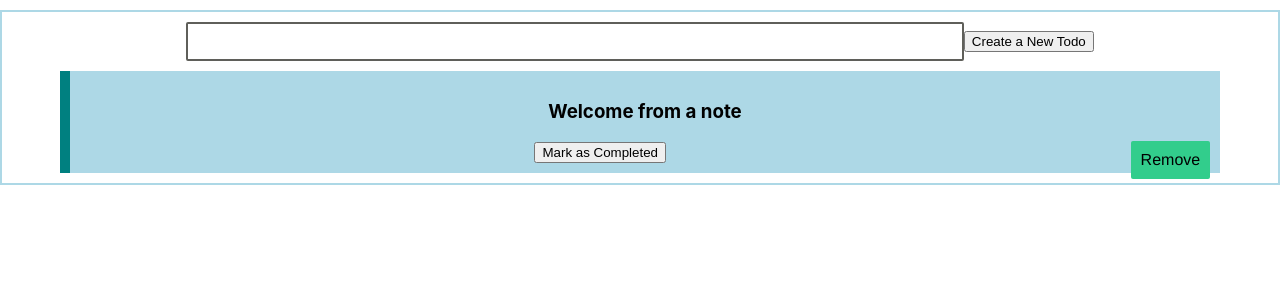
Repository: CaptainStorm21/react-ecosystem-course
Page: /
An editor plug-in stored every save of this project. The page is shown before and after the next save, followed by the edit.
The browser window is 1280 px wide. The pictures show the whole page.
The project was rebuilt for these pictures with package versions that can differ from the ones it lists, and the page was loaded fresh each time.

Above is the page before, as saved 2020-05-30 17:50:42.

### src/App.js
import React from 'react';
import './App.css';
import TodoList from './todos/TodoList'

function App() {
  return (
    <div className="App">
      <TodoList/>
    </div>
  );
}

export default App;

### src/todos/TodoList.js
import React from 'react';
import NewTodoForm from './NewTodoForm';
import TodoListItem from './TodoListItem';
import './TodoList.css';


const TodoList = ({ todos = [{ text: "Welcome from a note" }] }) => (
    <div className="list-wrapper">
        <NewTodoForm/>
        {todos.map(todo => <TodoListItem todo={todo} />)}
    </div>
)

export default TodoList;

### src/todos/NewTodoForm.js
import React, { useState } from 'react';
import './NewTodoForm.css';

const NewTodoForm = () => {
    const [inputValue, setInputValue] = useState(' ');
   return (
        <div className="new-todo-form">
           <input className="new-todo-input"
               type="text"
               value={inputValue}
               onChange = { e => setInputValue (e.target.value)}
           />
            <button className="newTodo">Create a New Todo</button>
        </div>
    );
};
export default NewTodoForm;

### src/todos/TodoListItem.js
import React from "react";

const TodoListItem = ({ todo }) => (
  <div className="todo-item-container">
    <h3>{todo.text}</h3>
    <div className="button -container">
      <button className="completed-button"> Mark as Completed</button>
      <button className="remove-button"> Remove</button>
    </div>
  </div>
);

export default TodoListItem;

### src/todos/TodoList.css
.list-wrapper{
    border: 2px solid lightblue;
    padding: 10px;
    margin-top: 10px;
}

### src/todos/NewTodoForm.css
.todo-item-container {
  width: 90%;
  margin: 0 auto;
  padding: 10px;
  border-left: 10px solid teal;
  background-color: lightblue;
  margin-top: 10px;
}

.remove-button {
  background-color: rgb(50, 205, 140);
  padding: 10px;
  border: 0;
  margin-left: 10px;
  font-size: medium;
  font-family: "Franklin Gothic Medium", "Arial Narrow", Arial, sans-serif;
  border-radius: 2px;
  float: right;
}

.new-todo-input {
  border-radius: 2px;
  padding: 10px;
  border: 2px solid rgb(95, 95, 90);
  font-family: "Franklin Gothic Medium", "Arial Narrow", Arial, sans-serif;
  width: 60%;
}

Loaded but not shown: public/index.html (common file); src/index.js (common file); src/index.css (common file); src/serviceWorker.js (common file); src/App.css (common file)

After the next save:
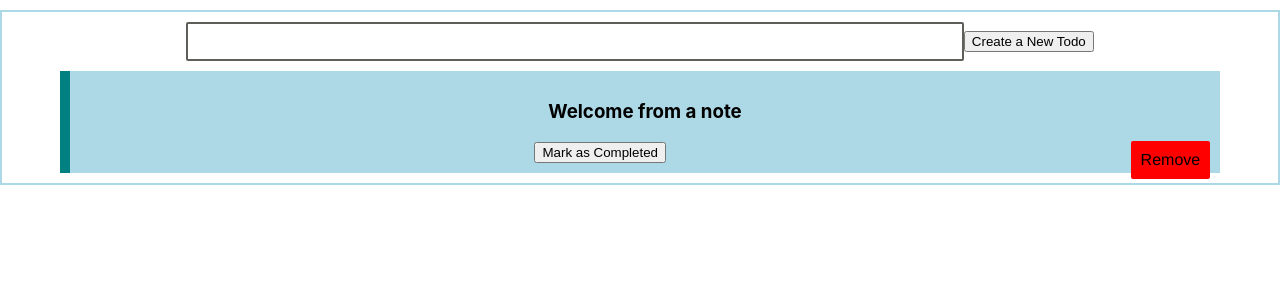
Saved 8 s later.
--- a/src/todos/NewTodoForm.css
+++ b/src/todos/NewTodoForm.css
@@ -8,7 +8,7 @@
 }
 
 .remove-button {
-  background-color: rgb(50, 205, 140);
+  background-color: red;
   padding: 10px;
   border: 0;
   margin-left: 10px;
